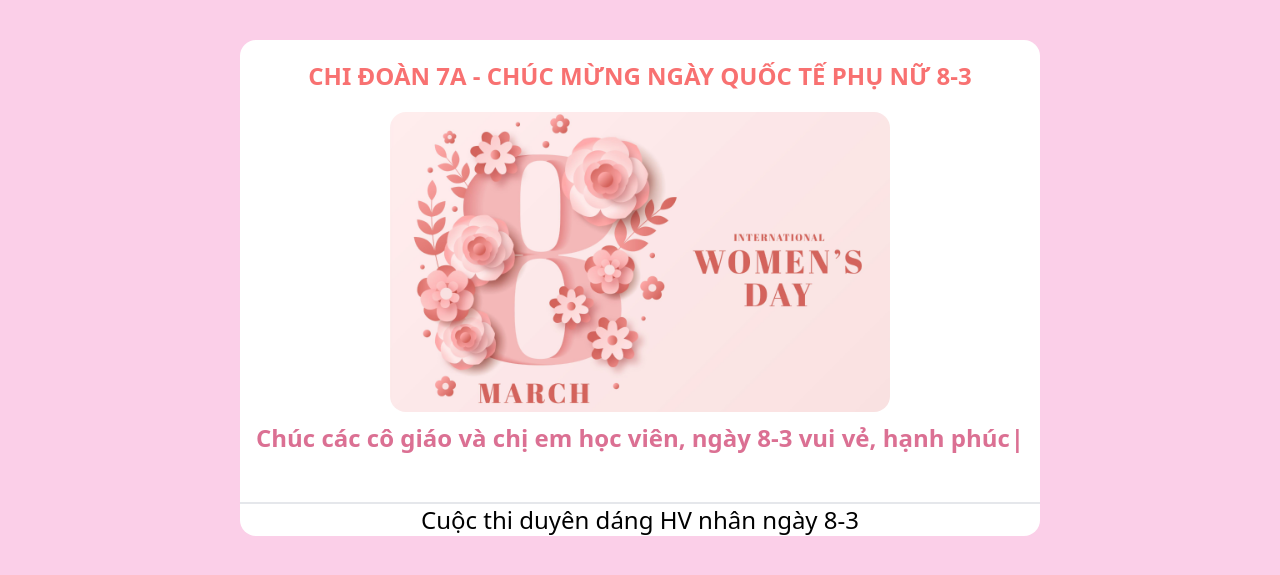
Repository: hoang0508/web-837A
Page: /
An editor plug-in stored every save of this project. The page is shown before and after the next save, followed by the edit.
The browser window is 1280 px wide. The pictures show the whole page.
Some web fonts or font styles are not loaded; a fallback is used. The project was rebuilt for these pictures with package versions that can differ from the ones it lists, and the page was loaded fresh each time. Also part of the build but not shown: vite.config.js.

Above is the page before, as saved 2025-02-28 19:15:17.

After the next save:
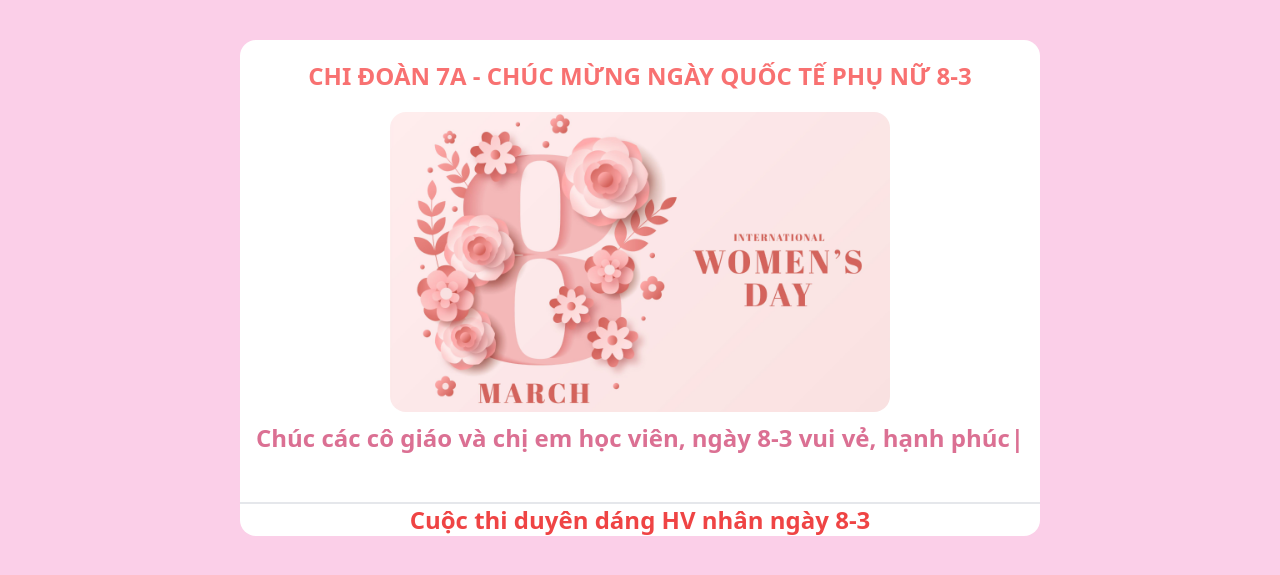
Saved 17 s later.
--- a/src/App.jsx
+++ b/src/App.jsx
@@ -35,7 +35,7 @@ function App() {
             />
           </div>
           <div className="">
-            <h3 className="text-center font-medium">
+            <h3 className="text-center font-bold text-red-500">
               Cuộc thi duyên dáng HV nhân ngày 8-3
             </h3>
           </div>
